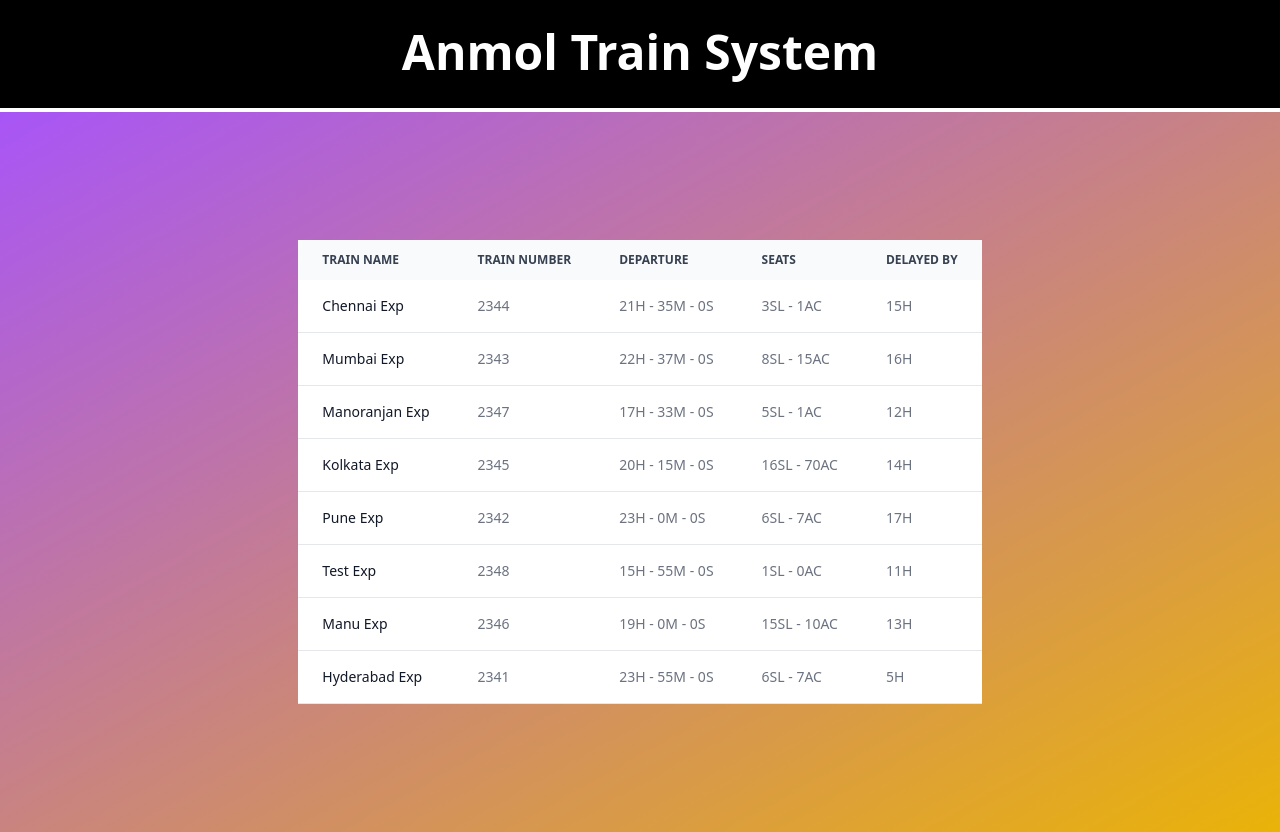
Repository: theanmol-raj/2010080029
Page: /
An editor plug-in stored every save of this project. The page is shown before and after the next save, followed by the edit.
The browser window is 1280 px wide. The pictures show the whole page.
The page's requests for data from a server got no answer. The project was rebuilt for these pictures with package versions that can differ from the ones it lists, and the page was loaded fresh each time. No one was signed in, and anything a server would have sent is missing. Also part of the build but not shown: src/components/IndividualTrainINfo.jsx.

Above is the page before, as saved 2023-04-29 21:19:39.

After the next save:
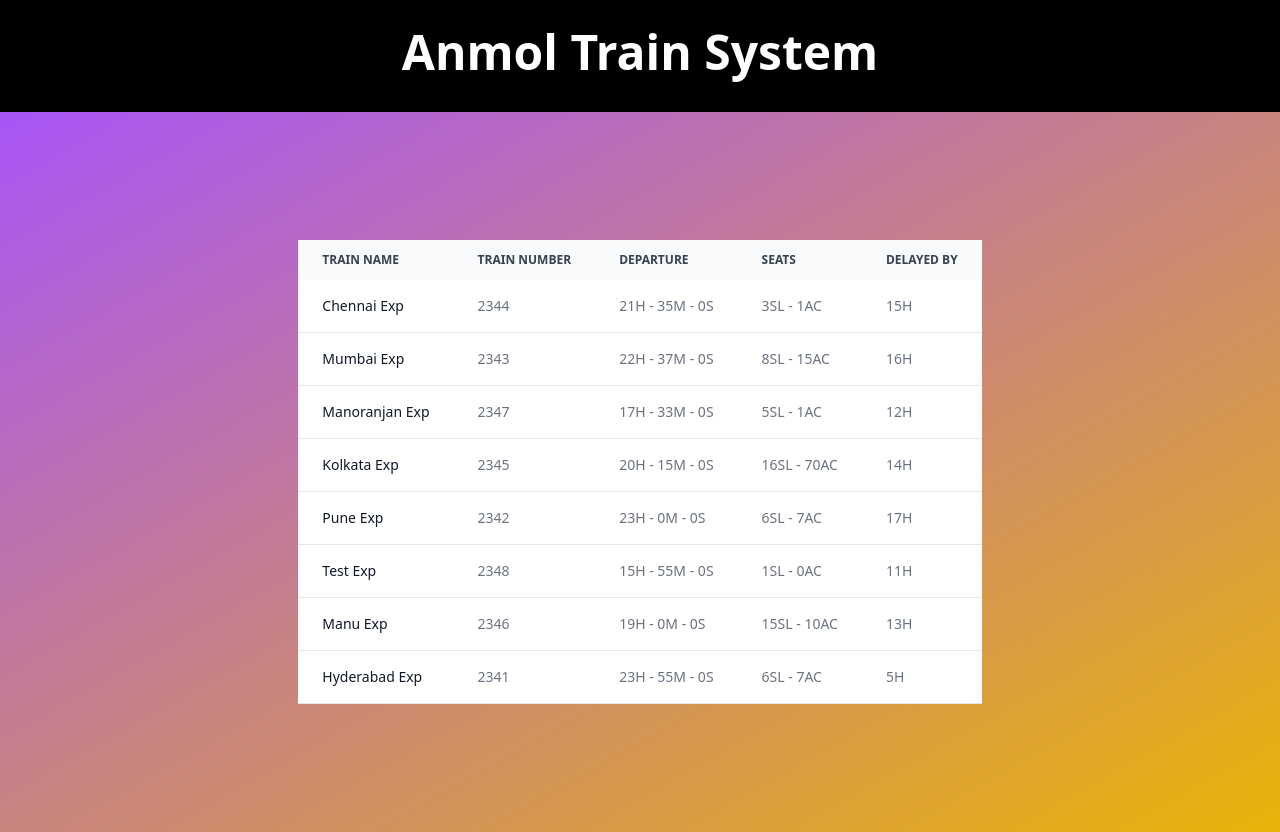
Saved 16 s later.
--- a/src/App.js
+++ b/src/App.js
@@ -90,8 +90,8 @@
 
 
   return (
-    <div className="">
-    <h1 className=" text-center text-5xl py-8 animate-bounce font-extrabold text-white bg-black">Anmol Train System</h1>
+    <div className="bg-black">
+    <h1 className=" text-center text-5xl py-8 animate-bounce font-extrabold text-white">Anmol Train System</h1>
       <Routes>
         <Route path="/" element={<TrainINfo setter={setter} data={data} />} />
         <Route path="/:id" element = {<IndividualTrainINfo data ={data}/>}/>
